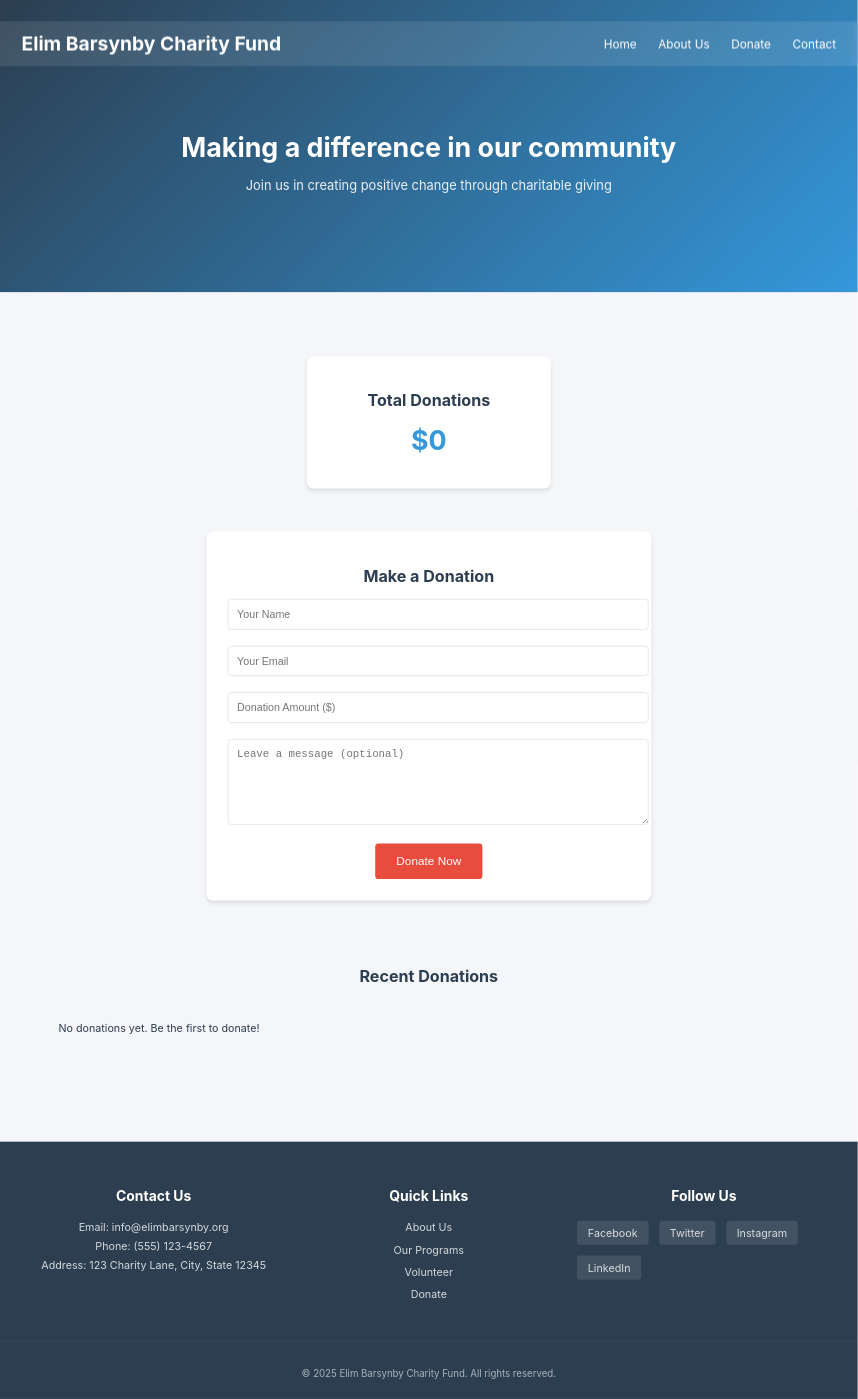
Repository: krmvz/elimbarsynby-
Page: / (app in elim-barsynby-charity/)
The author's editor kept a copy of each file at every save. The page is drawn from the files as they stood at one save, then again after the next save.
The browser window is 1280 px wide. The pictures show the whole page, at 67% of full size.
The page's requests for data from a server got no answer. The project was rebuilt for these pictures with package versions that can differ from the ones it lists, and the page was loaded fresh each time. No one was signed in, and anything a server would have sent is missing.

Above is the page before, as saved 2025-06-17 18:02:04.

### elim-barsynby-charity/public/index.html
<!DOCTYPE html>
<html lang="en">
  <head>
    <meta charset="utf-8" />
    <link rel="icon" href="%PUBLIC_URL%/favicon.ico" />
    <meta name="viewport" content="width=device-width, initial-scale=1" />
    <meta name="theme-color" content="#2c3e50" />
    <meta
      name="description"
      content="Elim Barsynby Charity Fund - Making a difference in our community through your generous donations"
    />
    <link rel="apple-touch-icon" href="%PUBLIC_URL%/logo192.png" />
    <link rel="manifest" href="%PUBLIC_URL%/manifest.json" />
    <title>Elim Barsynby Charity Fund</title>
  </head>
  <body>
    <noscript>You need to enable JavaScript to run this app.</noscript>
    <div id="root"></div>
  </body>
</html>

### elim-barsynby-charity/src/App.tsx
import React, { useState, useEffect } from 'react';
import Header from './components/Header';
import Footer from './components/Footer';
import './App.css';
import './components/styles.css';

interface Donation {
  _id: string;
  donor: string;
  amount: number;
  message?: string;
  date: string;
}

function App() {
  const [donations, setDonations] = useState<Donation[]>([]);
  const [totalDonations, setTotalDonations] = useState<number>(0);
  const [formData, setFormData] = useState({
    donor: '',
    amount: '',
    message: '',
    email: ''
  });

  useEffect(() => {
    fetchDonations();
    fetchTotalDonations();
  }, []);

  const fetchDonations = async () => {
    try {
      const response = await fetch('http://localhost:5000/api/donations');
      if (!response.ok) {
        throw new Error('Failed to fetch donations');
      }
      const data = await response.json();
      setDonations(Array.isArray(data) ? data : []);
    } catch (error) {
      console.error('Error fetching donations:', error);
      setDonations([]);
    }
  };

  const fetchTotalDonations = async () => {
    try {
      const response = await fetch('http://localhost:5000/api/donations/total');
      if (!response.ok) {
        throw new Error('Failed to fetch total donations');
      }
      const data = await response.json();
      setTotalDonations(data.total || 0);
    } catch (error) {
      console.error('Error fetching total donations:', error);
      setTotalDonations(0);
    }
  };

  const handleSubmit = async (e: React.FormEvent) => {
    e.preventDefault();
    try {
      const response = await fetch('http://localhost:5000/api/donations', {
        method: 'POST',
        headers: {
          'Content-Type': 'application/json',
        },
        body: JSON.stringify(formData),
      });
      if (!response.ok) {
        throw new Error('Failed to submit donation');
      }
      setFormData({ donor: '', amount: '', message: '', email: '' });
      fetchDonations();
      fetchTotalDonations();
    } catch (error) {
      console.error('Error submitting donation:', error);
    }
  };

  const handleChange = (e: React.ChangeEvent<HTMLInputElement | HTMLTextAreaElement>) => {
    setFormData({
      ...formData,
      [e.target.name]: e.target.value
    });
  };

  return (
    <div className="App">
      <Header />

      <main className="main-content">
        <section className="donation-stats">
          <div className="stat-card">
            <h2>Total Donations</h2>
            <p className="amount">${totalDonations.toLocaleString()}</p>
          </div>
        </section>

        <section className="donation-form" id="donate">
          <h2>Make a Donation</h2>
          <form onSubmit={handleSubmit}>
            <div className="form-group">
              <input
                type="text"
                name="donor"
                value={formData.donor}
                onChange={handleChange}
                placeholder="Your Name"
                required
              />
            </div>
            <div className="form-group">
              <input
                type="email"
                name="email"
                value={formData.email}
                onChange={handleChange}
                placeholder="Your Email"
                required
              />
            </div>
            <div className="form-group">
              <input
                type="number"
                name="amount"
                value={formData.amount}
                onChange={handleChange}
                placeholder="Donation Amount ($)"
                required
              />
            </div>
            <div className="form-group">
              <textarea
                name="message"
                value={formData.message}
                onChange={handleChange}
                placeholder="Leave a message (optional)"
              />
            </div>
            <button type="submit" className="donate-button">Donate Now</button>
          </form>
        </section>

        <section className="recent-donations">
          <h2>Recent Donations</h2>
          <div className="donations-list">
            {donations && donations.length > 0 ? (
              donations.map((donation) => (
                <div key={donation._id} className="donation-card">
                  <h3>{donation.donor}</h3>
                  <p className="amount">${donation.amount}</p>
                  {donation.message && <p className="message">"{donation.message}"</p>}
                  <p className="date">{new Date(donation.date).toLocaleDateString()}</p>
                </div>
              ))
            ) : (
              <p>No donations yet. Be the first to donate!</p>
            )}
          </div>
        </section>
      </main>

      <Footer />
    </div>
  );
}

export default App;

### elim-barsynby-charity/src/components/Header.tsx
import React from 'react';

const Header: React.FC = () => {
  return (
    <header className="hero">
      <nav className="nav-container">
        <div className="logo">
          <h1>Elim Barsynby Charity Fund</h1>
        </div>
        <ul className="nav-links">
          <li><a href="#home">Home</a></li>
          <li><a href="#about">About Us</a></li>
          <li><a href="#donate">Donate</a></li>
          <li><a href="#contact">Contact</a></li>
        </ul>
      </nav>
      <div className="hero-content">
        <h2>Making a difference in our community</h2>
        <p>Join us in creating positive change through charitable giving</p>
      </div>
    </header>
  );
};

export default Header;

### elim-barsynby-charity/src/components/Footer.tsx
import React from 'react';

const Footer: React.FC = () => {
  return (
    <footer className="footer">
      <div className="footer-content">
        <div className="footer-section">
          <h3>Contact Us</h3>
          <p>Email: info@elimbarsynby.org</p>
          <p>Phone: (555) 123-4567</p>
          <p>Address: 123 Charity Lane, City, State 12345</p>
        </div>

        <div className="footer-section">
          <h3>Quick Links</h3>
          <ul>
            <li><a href="#about">About Us</a></li>
            <li><a href="#programs">Our Programs</a></li>
            <li><a href="#volunteer">Volunteer</a></li>
            <li><a href="#donate">Donate</a></li>
          </ul>
        </div>

        <div className="footer-section">
          <h3>Follow Us</h3>
          <div className="social-links">
            <a href="https://facebook.com" target="_blank" rel="noopener noreferrer">Facebook</a>
            <a href="https://twitter.com" target="_blank" rel="noopener noreferrer">Twitter</a>
            <a href="https://instagram.com" target="_blank" rel="noopener noreferrer">Instagram</a>
            <a href="https://linkedin.com" target="_blank" rel="noopener noreferrer">LinkedIn</a>
          </div>
        </div>
      </div>

      <div className="footer-bottom">
        <p>&copy; {new Date().getFullYear()} Elim Barsynby Charity Fund. All rights reserved.</p>
      </div>
    </footer>
  );
};

export default Footer;

### elim-barsynby-charity/src/App.css
:root {
  --primary-color: #2c3e50;
  --secondary-color: #3498db;
  --accent-color: #e74c3c;
  --background-color: #f5f6fa;
  --text-color: #2c3e50;
  --card-background: #ffffff;
}

.App {
  text-align: center;
  background-color: var(--background-color);
  min-height: 100vh;
  color: var(--text-color);
  display: flex;
  flex-direction: column;
}

.main-content {
  flex: 1;
  padding: 2rem 0;
}

.hero {
  background: linear-gradient(135deg, var(--primary-color), var(--secondary-color));
  color: white;
  padding: 2rem 0 4rem;
  margin-bottom: 2rem;
}

.donation-stats {
  padding: 2rem;
  margin-bottom: 2rem;
}

.stat-card {
  background: var(--card-background);
  border-radius: 10px;
  padding: 2rem;
  box-shadow: 0 4px 6px rgba(0, 0, 0, 0.1);
  display: inline-block;
  min-width: 300px;
}

.stat-card .amount {
  font-size: 2.5rem;
  color: var(--secondary-color);
  font-weight: bold;
  margin: 1rem 0;
}

.donation-form {
  max-width: 600px;
  margin: 0 auto 3rem;
  padding: 2rem;
  background: var(--card-background);
  border-radius: 10px;
  box-shadow: 0 4px 6px rgba(0, 0, 0, 0.1);
}

.form-group {
  margin-bottom: 1.5rem;
}

input, textarea {
  width: 100%;
  padding: 0.8rem;
  border: 1px solid #ddd;
  border-radius: 5px;
  font-size: 1rem;
  transition: border-color 0.3s ease;
}

input:focus, textarea:focus {
  outline: none;
  border-color: var(--secondary-color);
}

textarea {
  min-height: 100px;
  resize: vertical;
}

.donate-button {
  background-color: var(--accent-color);
  color: white;
  border: none;
  padding: 1rem 2rem;
  font-size: 1.1rem;
  border-radius: 5px;
  cursor: pointer;
  transition: background-color 0.3s ease;
}

.donate-button:hover {
  background-color: #c0392b;
}

.recent-donations {
  padding: 2rem;
  background: var(--background-color);
}

.donations-list {
  display: grid;
  grid-template-columns: repeat(auto-fill, minmax(280px, 1fr));
  gap: 1.5rem;
  padding: 1rem;
  max-width: 1200px;
  margin: 0 auto;
}

.donation-card {
  background: var(--card-background);
  border-radius: 10px;
  padding: 1.5rem;
  box-shadow: 0 2px 4px rgba(0, 0, 0, 0.1);
  transition: transform 0.3s ease;
}

.donation-card:hover {
  transform: translateY(-5px);
}

.donation-card h3 {
  color: var(--primary-color);
  margin-bottom: 0.5rem;
}

.donation-card .amount {
  font-size: 1.5rem;
  color: var(--secondary-color);
  font-weight: bold;
  margin: 0.5rem 0;
}

.donation-card .message {
  font-style: italic;
  color: #666;
  margin: 0.5rem 0;
}

.donation-card .date {
  font-size: 0.9rem;
  color: #888;
  margin-top: 0.5rem;
}

@media (max-width: 768px) {
  .hero h1 {
    font-size: 2rem;
  }

  .hero p {
    font-size: 1rem;
  }

  .donation-form {
    margin: 1rem;
  }

  .donations-list {
    grid-template-columns: 1fr;
  }
}

### elim-barsynby-charity/src/components/styles.css
.nav-container {
  display: flex;
  justify-content: space-between;
  align-items: center;
  padding: 1rem 2rem;
  background: rgba(255, 255, 255, 0.1);
  backdrop-filter: blur(5px);
}

.logo h1 {
  margin: 0;
  font-size: 1.8rem;
  color: white;
}

.nav-links {
  display: flex;
  list-style: none;
  margin: 0;
  padding: 0;
  gap: 2rem;
}

.nav-links a {
  color: white;
  text-decoration: none;
  font-size: 1.1rem;
  transition: color 0.3s ease;
}

.nav-links a:hover {
  color: var(--accent-color);
}

.hero-content {
  padding: 4rem 2rem;
  text-align: center;
}

.hero-content h2 {
  font-size: 2.5rem;
  margin-bottom: 1rem;
  color: white;
}

.hero-content p {
  font-size: 1.2rem;
  color: rgba(255, 255, 255, 0.9);
}

/* Footer Styles */
.footer {
  background-color: var(--primary-color);
  color: white;
  padding: 3rem 0 1rem;
  margin-top: 4rem;
}

.footer-content {
  display: grid;
  grid-template-columns: repeat(auto-fit, minmax(250px, 1fr));
  gap: 2rem;
  max-width: 1200px;
  margin: 0 auto;
  padding: 0 2rem;
}

.footer-section h3 {
  color: white;
  margin-bottom: 1.5rem;
  font-size: 1.3rem;
}

.footer-section p {
  margin: 0.5rem 0;
  color: rgba(255, 255, 255, 0.8);
}

.footer-section ul {
  list-style: none;
  padding: 0;
  margin: 0;
}

.footer-section ul li {
  margin-bottom: 0.8rem;
}

.footer-section a {
  color: rgba(255, 255, 255, 0.8);
  text-decoration: none;
  transition: color 0.3s ease;
}

.footer-section a:hover {
  color: var(--accent-color);
}

.social-links {
  display: flex;
  gap: 1rem;
  flex-wrap: wrap;
}

.social-links a {
  background: rgba(255, 255, 255, 0.1);
  padding: 0.5rem 1rem;
  border-radius: 5px;
  transition: background-color 0.3s ease;
}

.social-links a:hover {
  background: var(--accent-color);
  color: white;
}

.footer-bottom {
  text-align: center;
  margin-top: 3rem;
  padding-top: 1.5rem;
  border-top: 1px solid rgba(255, 255, 255, 0.1);
}

.footer-bottom p {
  color: rgba(255, 255, 255, 0.6);
  font-size: 0.9rem;
}

@media (max-width: 768px) {
  .nav-container {
    flex-direction: column;
    text-align: center;
    padding: 1rem;
  }

  .nav-links {
    margin-top: 1rem;
    flex-wrap: wrap;
    justify-content: center;
    gap: 1rem;
  }

  .hero-content h2 {
    font-size: 2rem;
  }

  .footer-content {
    grid-template-columns: 1fr;
    text-align: center;
  }

  .social-links {
    justify-content: center;
  }
}

### elim-barsynby-charity/src/components/Logo.tsx
import React from 'react';

const Logo: React.FC = () => {
  return (
    <svg width="200" height="100" viewBox="0 0 600 300" xmlns="http://www.w3.org/2000/svg">
      <g transform="translate(20, 20)">
        <path
          d="M380 80c0 44.183-35.817 80-80 80s-80-35.817-80-80 35.817-80 80-80 80 35.817 80 80z"
          fill="#0088cc"
          transform="scale(0.7)"
        />
        <path
          d="M280 40c0 22.091-17.909 40-40 40s-40-17.909-40-40 17.909-40 40-40 40 17.909 40 40z"
          fill="#ffffff"
          transform="translate(80, 20) scale(0.7)"
        />
        <text
          x="10"
          y="120"
          fontFamily="Arial, sans-serif"
          fontSize="72"
          fill="#0088cc"
          fontWeight="bold"
        >
          ЭЛИМ,
        </text>
        <text
          x="10"
          y="200"
          fontFamily="Arial, sans-serif"
          fontSize="72"
          fill="#0088cc"
          fontWeight="bold"
        >
          БАРСЫҢБЫ?!
        </text>
      </g>
    </svg>
  );
};

export default Logo;

Loaded but not shown: elim-barsynby-charity/src/index.tsx (common file); elim-barsynby-charity/src/index.css (common file); elim-barsynby-charity/src/reportWebVitals.ts (common file)

After the next save:
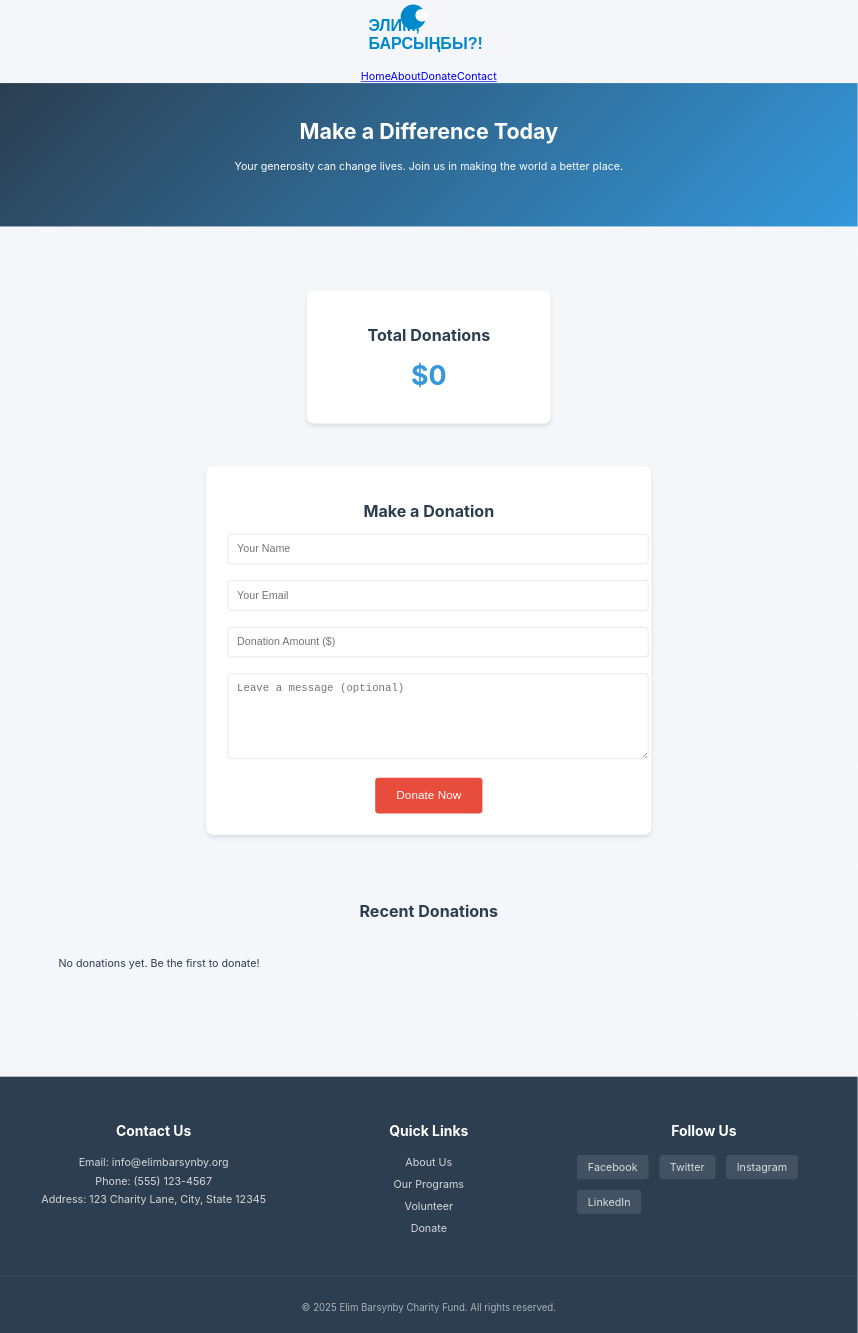
Saved 25 s later.
--- a/elim-barsynby-charity/src/components/Header.tsx
+++ b/elim-barsynby-charity/src/components/Header.tsx
@@ -1,22 +1,25 @@
 import React from 'react';
+import Logo from './Logo';
+import './styles.css';
 
 const Header: React.FC = () => {
   return (
-    <header className="hero">
-      <nav className="nav-container">
-        <div className="logo">
-          <h1>Elim Barsynby Charity Fund</h1>
+    <header className="header">
+      <div className="header-content">
+        <div className="logo-container">
+          <Logo />
         </div>
-        <ul className="nav-links">
-          <li><a href="#home">Home</a></li>
-          <li><a href="#about">About Us</a></li>
-          <li><a href="#donate">Donate</a></li>
-          <li><a href="#contact">Contact</a></li>
-        </ul>
-      </nav>
-      <div className="hero-content">
-        <h2>Making a difference in our community</h2>
-        <p>Join us in creating positive change through charitable giving</p>
+        <nav className="nav-menu">
+          <a href="#home" className="nav-link">Home</a>
+          <a href="#about" className="nav-link">About</a>
+          <a href="#donate" className="nav-link">Donate</a>
+          <a href="#contact" className="nav-link">Contact</a>
+        </nav>
+      </div>
+
+      <div className="hero">
+        <h1>Make a Difference Today</h1>
+        <p>Your generosity can change lives. Join us in making the world a better place.</p>
       </div>
     </header>
   );
